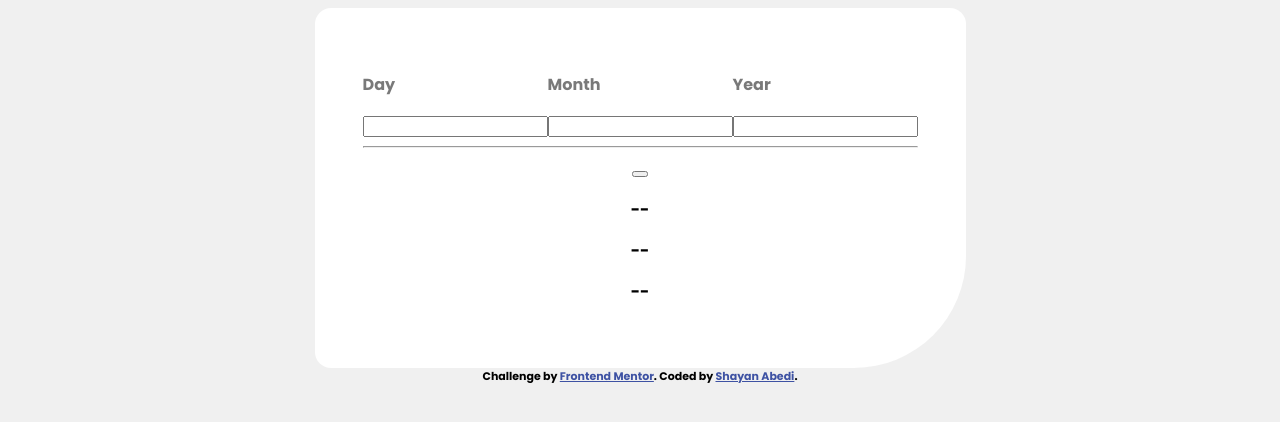
Repository: shayanabedi98/age-calculator
Page: index.html
The author's editor kept a copy of each file at every save. The page is drawn from the files as they stood at one save, then again after the next save.
The browser window is 1280 px wide. The pictures show the whole page.

Above is the page before, as saved 2023-09-18 19:07:45.

After the next save:
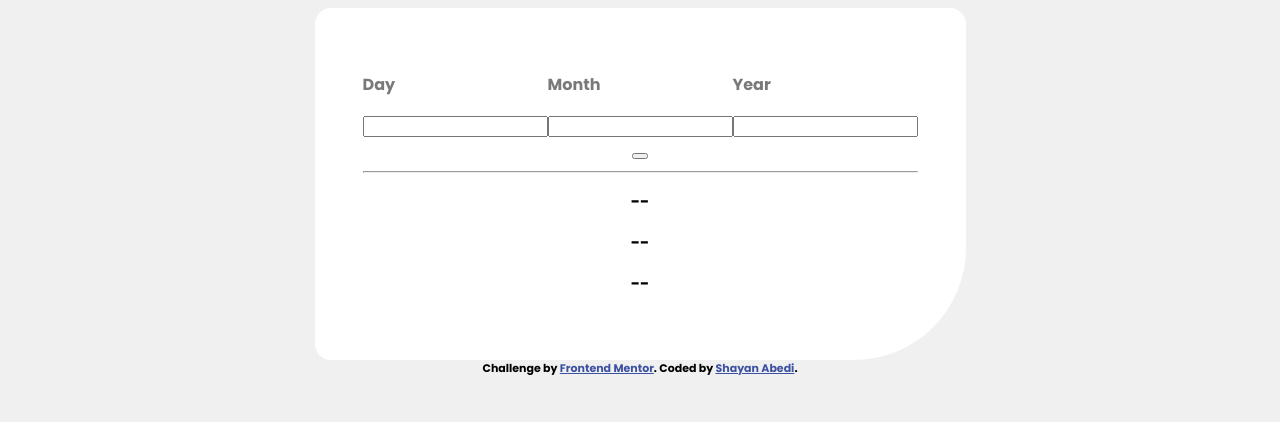
Saved 13 s later.
--- a/index.html
+++ b/index.html
@@ -24,9 +24,10 @@
         <input type="text">
       </div>
     </div>
-    <div class="calculate"></div>
+    <div class="calculate">
+      <button></button>
+    </div>
     <hr>
-    <button></button>
     <div>
       <p id="age-year">--</p>
       <p id="age-month">--</p>

After the save that followed:
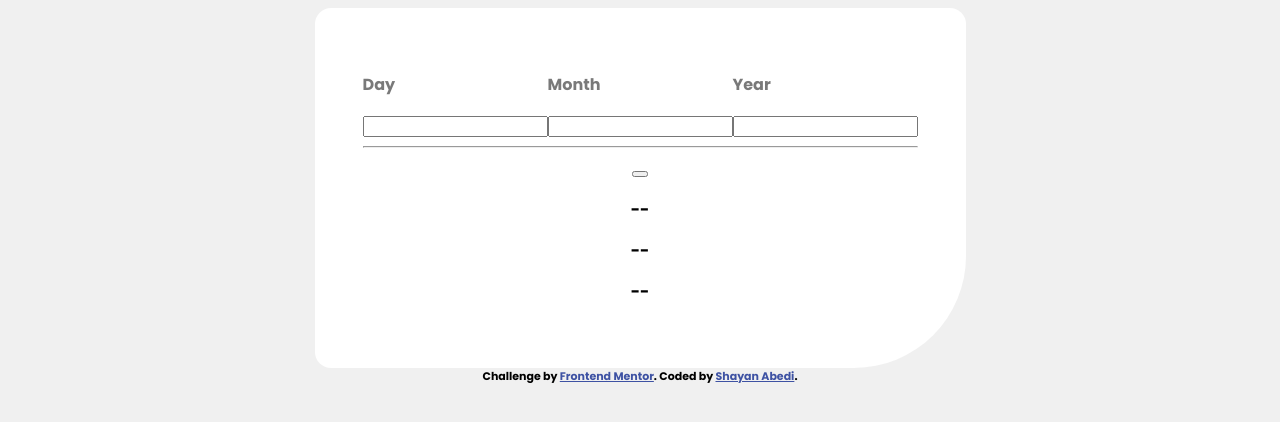
Saved 10 s later.
--- a/index.html
+++ b/index.html
@@ -25,9 +25,9 @@
       </div>
     </div>
     <div class="calculate">
+      <hr>
       <button></button>
     </div>
-    <hr>
     <div>
       <p id="age-year">--</p>
       <p id="age-month">--</p>
